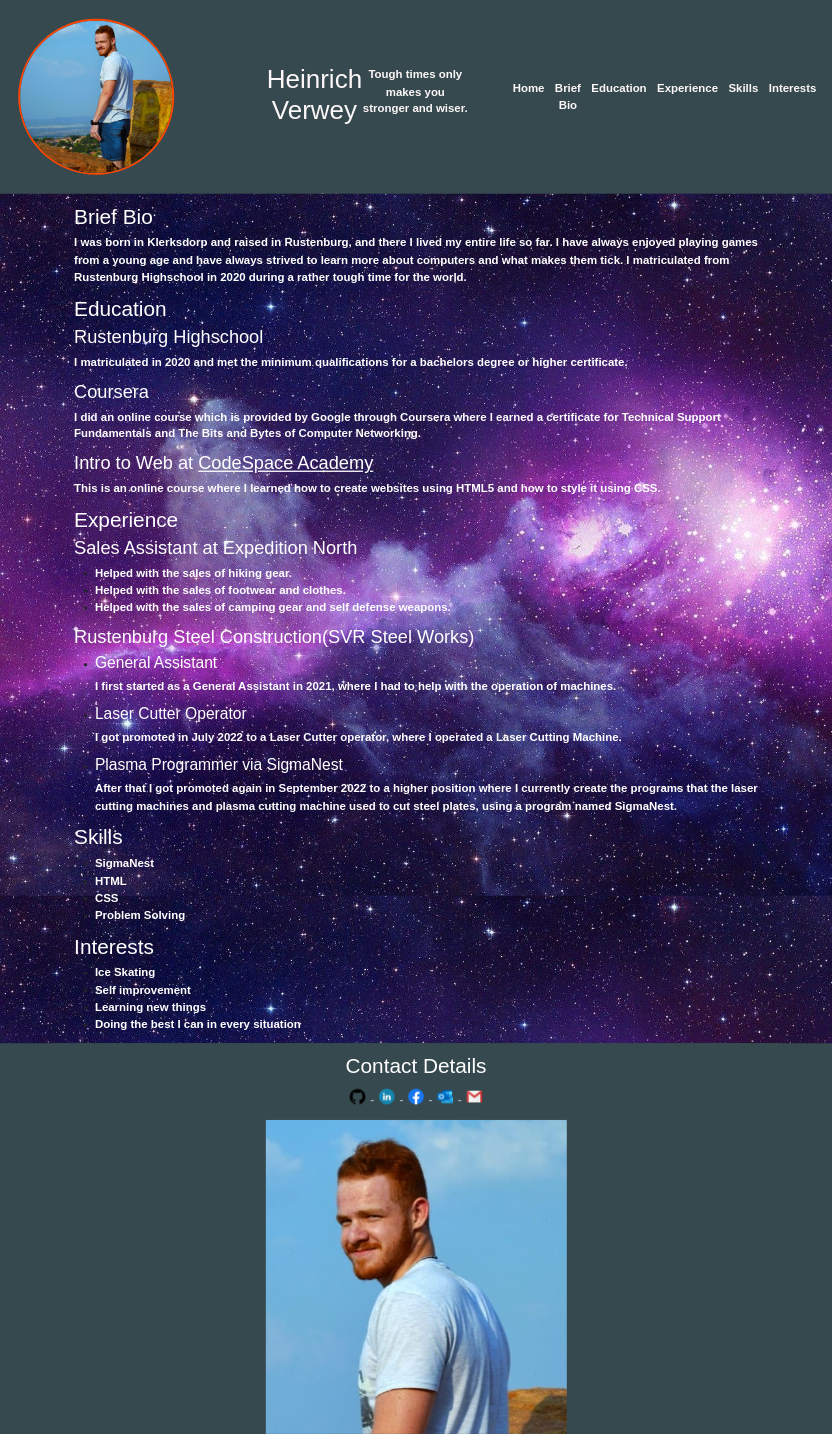
Repository: W3asl3y/IntroToWebDesign
Page: index.html
An editor plug-in stored every save of this project. The page is shown before and after the next save, followed by the edit.
The browser window is 1280 px wide. The pictures show the whole page, at 65% of full size.

Above is the page before, as saved 2022-12-09 16:13:41.

### index.html
<!DOCTYPE html>
<html lang="en">
    <head>
        <meta charset="UTF-8">
        <meta http-equiv="X-UA-Compatible" content="IE=edge">
        <meta name="viewport" content="width=device-width, initial-scale=1.0">

        <title>
            My Resume
        </title>

        <link rel="stylesheet" href="https://cdn.jsdelivr.net/npm/bootstrap@5.2.3/dist/css/bootstrap.min.css" integrity="sha384-rbsA2VBKQhggwzxH7pPCaAqO46MgnOM80zW1RWuH61DGLwZJEdK2Kadq2F9CUG65" crossorigin="anonymous">

        <link rel="stylesheet" type="text/css" href="css/stylesheet.css">

        <script src="https://cdn.jsdelivr.net/npm/bootstrap@5.2.3/dist/js/bootstrap.bundle.min.js" integrity="sha384-kenU1KFdBIe4zVF0s0G1M5b4hcpxyD9F7jL+jjXkk+Q2h455rYXK/7HAuoJl+0I4" crossorigin="anonymous"></script>

    </head>
    <body class="body">

        <header id="heading">

                    <nav class="navbar navbar-expand-lg bg-transparent">

                        <div class="container-fluid m-0">
                                 <a class="navbar-brand" href="#"><img id="profile_picture" src="images/Heinrich.jpg" alt="My profile picture" ></a>
                        </div>

                        <div class="container m-5">
                            <h1>
                                Heinrich Verwey
                            </h1>
                            <p>
                                Tough times only makes you stronger and wiser.
                            </p>
                        </div>

                                 <button class="navbar-toggler m-auto" type="button" data-bs-toggle="collapse" data-bs-target="#navbarSupportedContent" aria-controls="navbarSupportedContent" aria-expanded="false" aria-label="Toggle navigation">
                                    <span class="navbar-toggler-icon"></span>
                                </button>

                                <div class="collapse navbar-collapse" id="navbarSupportedContent">
                                    <ul class="navbar-nav me-auto mb-2 mb-lg-0">
                                        <li class="nav-item">
                                            <a class="nav-link active" aria-current="page" href="#">Home</a>
                                        </li>
                                        <li class="nav-item">
                                            <a class="nav-link" href="#brief_bio"> Brief Bio </a>
                                        </li>
                                        <li class="nav-item dropdown">
                                            <a class="nav-link" href="#education"> Education </a>
                                        </li>
                                        <li class="nav-item">
                                            <a class="nav-link" href="#experience"> Experience </a>
                                        </li>
                                        <li class="nav-item">
                                            <a class="nav-link" href="#skills"> Skills </a>
                                        </li>
                                        <li class="nav-item">
                                             <a class="nav-link" href="#interests"> Interests </a>
                                        </li>
                                    </ul>
                                </div>

                            </div>

                        </div>

                    </nav>

                </div>

            </div>

        </header>

        <div class="backgroundImage">

        <main>
            <div class="container" style="padding-top: 1rem">
                <div class="row">
                    <div class="col-12">
                        <article id="contents">
                            <h2 id="brief_bio">
                                Brief Bio
                            </h2>
                            <p>
                                I was born in Klerksdorp and raised in Rustenburg, and there I lived my entire life so far. I have always enjoyed playing games from a young age and have always strived to learn more about computers and what makes them tick. I matriculated from Rustenburg Highschool in 2020 during a rather tough time for the world.
                            </p>
                            <h2 id=education>
                                Education
                            </h2>
                            <h3>
                                Rustenburg Highschool
                            </h3>
                            <p>
                                I matriculated in 2020 and met the minimum qualifications for a bachelors degree or higher certificate.
                            </p>
                            <h3>
                                Coursera
                            </h3>
                            <p>
                                I did an online course which is provided by Google through Coursera where I earned a certificate for Technical Support Fundamentals and The Bits and Bytes of Computer Networking.
                            </p>
                            <h3>
                                Intro to Web at <a id="codespace" href="https://www.codespace.co.za/courses/frontend-web-development/">CodeSpace Academy</a>
                            </h3>
                            <p>
                                This is an online course where I learned how to create websites using HTML5 and how to style it using CSS.
                            </p>
                            </h3>
                            <h2 id="experience">
                                Experience
                            </h2>
                            <h3>
                                Sales Assistant at Expedition North
                            </h3>
                            <ul>
                                <li>
                                    Helped with the sales of hiking gear.
                                </li>
                                <li>
                                    Helped with the sales of footwear and clothes.
                                </li>
                                <li>
                                    Helped with the sales of camping gear and self defense weapons.
                                </li>
                            </ul>
                            <h3>
                                Rustenburg Steel Construction(SVR Steel Works)
                            </h3>
                            <ul>
                                <li>
                                    <h4>
                                        General Assistant
                                    </h4>
                                        <p>
                                            I first started as a General Assistant in 2021, where I had to help with the operation of machines.
                                        </p>
                                </li>
                                <li>
                                    <h4>
                                        Laser Cutter Operator
                                    </h4>
                                        <p>
                                            I got promoted in July 2022 to a Laser Cutter operator, where I operated a Laser Cutting Machine.
                                        </p>
                                </li>
                                <li>
                                    <h4>
                                        Plasma Programmer via SigmaNest
                                    </h4>
                                        <p>
                                            After that I got promoted again in September 2022 to a higher position where I currently create the programs that the laser cutting machines and plasma cutting machine used to cut steel plates, using a program named SigmaNest.
                                        </p>
                                </li>
                            </ul>
                            <h2 id="skills">
                                Skills
                            </h2>
                            <ul>
                                <li>
                                    SigmaNest
                                </li>
                                <li>
                                    HTML
                                </li>
                                <li>
                                    CSS
                                </li>
                                <li>
                                    Problem Solving
                                </li>
                            </ul>
                            <h2 id="interests">
                                Interests
                            </h2>
                            <ul>
                                <li>
                                    Ice Skating
                                </li>
                                <li>
                                    Self improvement
                                </li>
                                <li>
                                    Learning new things
                                </li>
                                <li>
                                    Doing the best I can in every situation
                                </li>
                            </ul>
                        </article>
                    </div>
                </div>
            </div>

        </main>

        </div>
        <div class="container text-center" >
            <footer class="footer">
                <h2>
                    Contact Details
                </h2>
                    <a href="https://github.com/W3asl3y" target="_blank">
                        <img class="my_contacts" src="Images\Github-22.png" alt="My Github">
                    </a>
                    <a href="https://www.linkedin.com/in/heinrich-verwey-1627a7205/" target="_blank">
                        <img class="my_contacts" src="Images\LinkedIn.webp" alt="My LinkedIn">
                    </a>
                    <a  href="https://www.facebook.com/heinrich.verwey.79/" target="_blank">
                        <img class="my_contacts" src="Images\Facebook.webp" alt=" My Facebook">
                    </a>
                    <a href="mailto:verwey41@outlook.com" target="_blank">
                        <img class="my_contacts" src="Images\Microsoft-Outlook-01.png" alt="My Outlook Email">
                    </a>
                    <a href="https://mail.google.com/mail/u/0/#inbox?compose=DmwnWrRpddMlNTSjFqkttlfhgGgSTqTdZwvhCZbHGPMFCZvZVTDvqlDvZQjtBGtGFFxcnhXPNVnl" target="_blank">
                        <img class="my_contacts" src="Images\Gmail.webp" alt="My Gmail Email">
                    </a>

            </footer>
        </div>

        <div class="pictureOfMe">
            <picture>
                <source media="(max-width: 650px)" srcset="Images\Heinrich-H.jpg">
                <source media="(max-width: 1400px)" srcset="Images\Heinrich-HS.jpg">
                <img src="Images\Heinrich.jpg" alt="It is a picture of me">
            </picture>
        </div>

    </body>
</html

### CSS/stylesheet.css
* { box-sizing: border-box }

.body{
     font-family:sans-serif;
     font-size:110%;
     font-weight: bolder;
     background-color:  #36494e ;
     display: flex;
     flex-direction: column;
}

.backgroundImage {
     background-image: url("/images/background-image.jpg");
     background-size: auto;

}

main {
     display: flex;
     flex-direction: row;
     overflow: unset;
     -webkit-text-fill-color: white;
}

header {
     text-align: center;
    -webkit-text-fill-color: #FCF7F8;
     background-color: #36494e;
     padding: 1rem;
}



#profile_picture {
     width: 15rem;
     border-radius: 50%;
     border: 3px solid orangered;
}

#profile_picture:hover {
     width: 30rem;
     animation-name: profilePicture;
     animation-duration: 3s;
 }

 @keyframes profilePicture {
     from {
         width: 15rem;
     }

     to {
         width: 30rem;
     }

 }


#contents {
     padding-left: 2rem;
     background-color: transparent;
     background-image: none;
}

#codespace:hover {
     color: white;
}

a:link {
     color: blue;
}

a:visited {
     color: blue;
}

.my_contacts {
     width: 40px;
     padding: 0.5rem;
}



footer {
     background-color: #36494e;
     text-align: center;
     -webkit-text-fill-color: white;
     padding: 1rem;
     justify-content: center;
}


.pictureOfMe {
     align-self: center;
}

@media  screen and (max-width:600px){
     .body {
          text-size-adjust: 80%;
     }
     #contents {
          width: auto;
     }
     .backgroundImage {
          width: auto;
     }
}

@media screen and (max-width:1000px) {
     #contents {
          width: auto;
     }
     .backgroundImage {
          width: auto;
     }

}

@media screen and (min-width:1000px) {
     .body {
          text-size-adjust: 400%;
     }
     #contents {
          width: auto;
     }
     .backgroundImage {
          width: auto;
     }

}

After the next save:
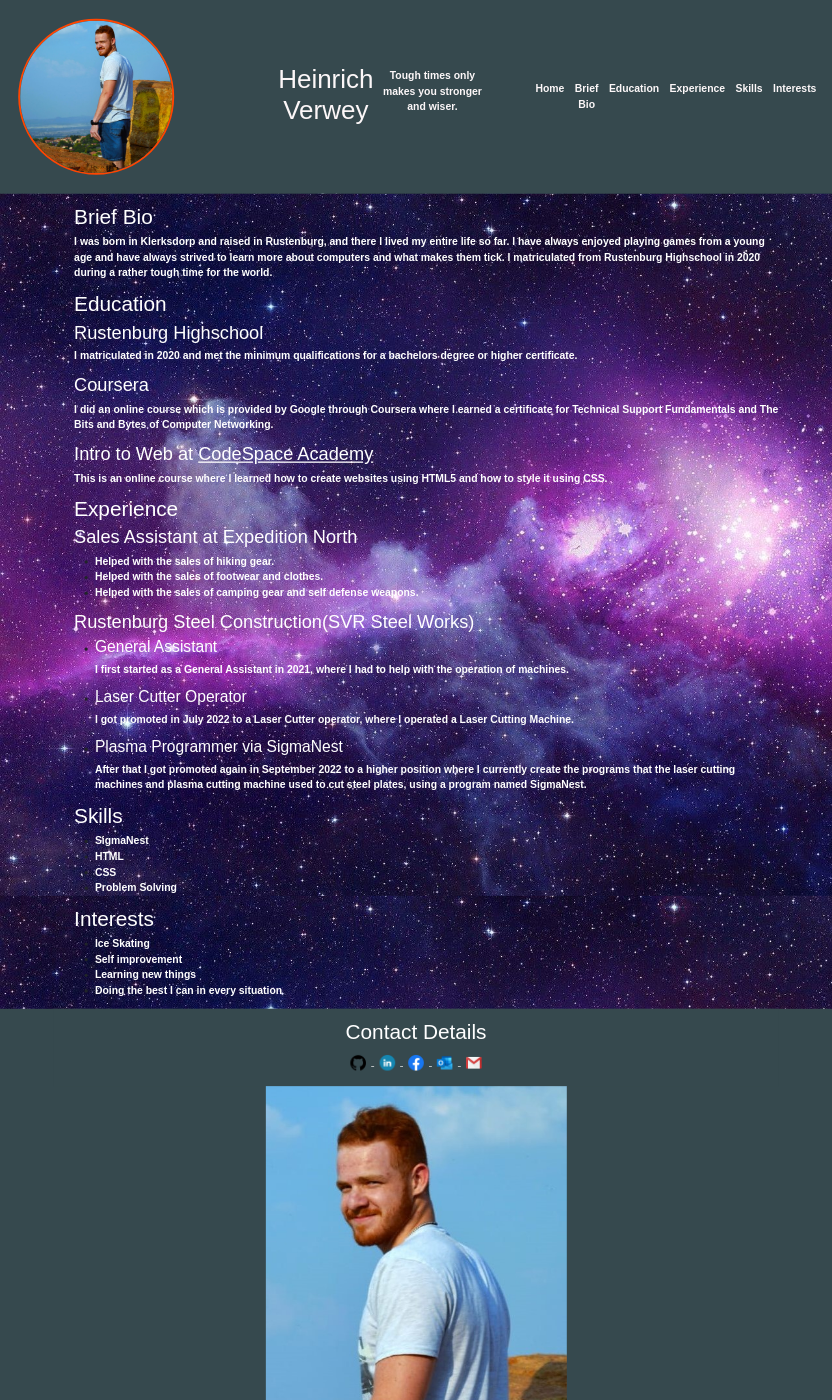
Saved 2 min 38 s later.
--- a/CSS/stylesheet.css
+++ b/CSS/stylesheet.css
@@ -2,7 +2,7 @@
 
 .body{
      font-family:sans-serif;
-     font-size:110%;
+
      font-weight: bolder;
      background-color:  #36494e ;
      display: flex;
